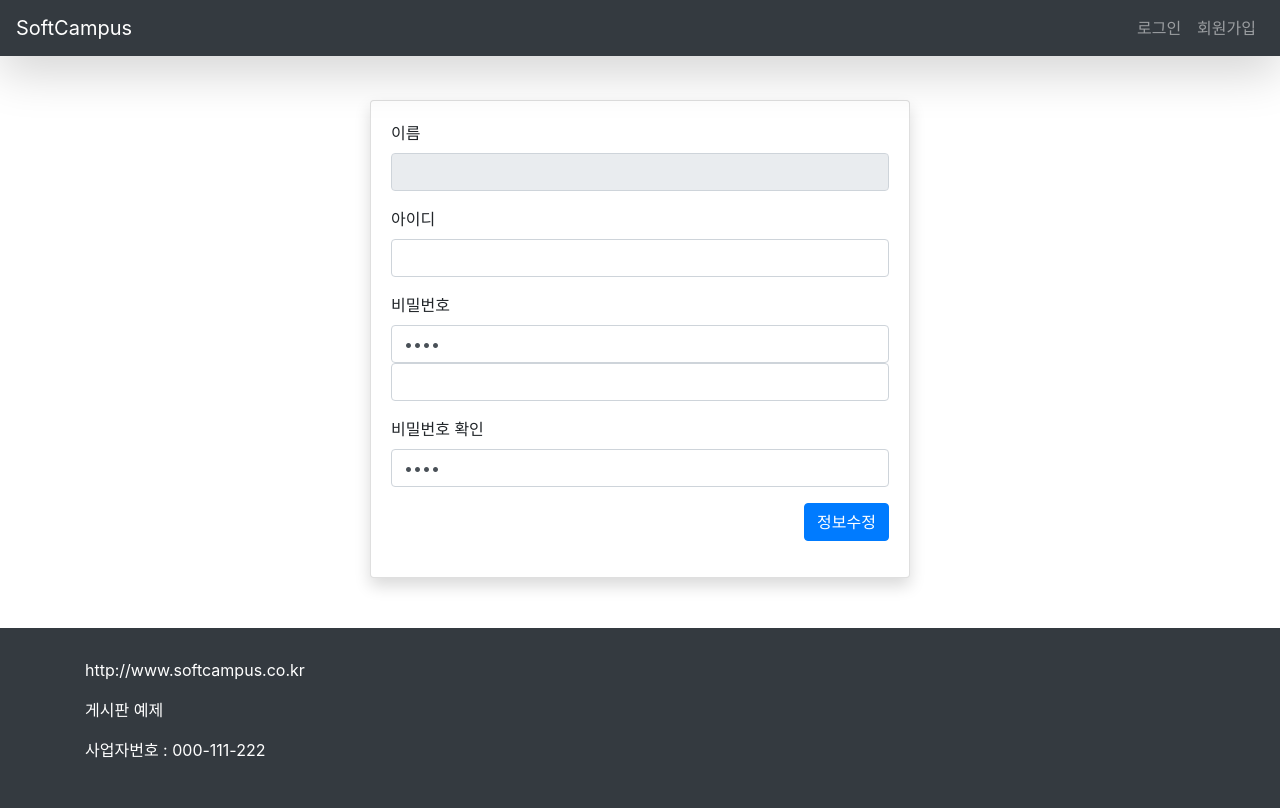
Repository: Wunhyeon/SpringMVC
Page: http://localhost/MiniProjectJava/WEB-INF/views/user/modify.jsp
The author's editor kept a copy of each file at every save. The page is drawn from the files as they stood at one save, then again after the next save.
The browser window is 1280 px wide. The pictures show the whole page.
The page is served by Tomcat 9. Nobody is signed in. Other server files are loaded and not shown. The template is opened directly, without the code that normally fills it, so the values that code supplies are empty.

Above is the page before, as saved 2020-09-06 20:18:10.

### MiniProjectJava/WebContent/WEB-INF/views/user/modify.jsp
<%@ page language="java" contentType="text/html; charset=UTF-8"
    pageEncoding="UTF-8"%>
<%@taglib prefix="c" uri="http://java.sun.com/jsp/jstl/core"%>
<%@taglib prefix="form" uri="http://www.springframework.org/tags/form" %>
<%-- <c:url var="root" value="/"></c:url> --%>
<c:set var="root" value="${pageContext.request.contextPath }/"></c:set>

<!DOCTYPE html>
<html>
<head>
<meta charset="UTF-8">
<meta name="viewport" content="width=device-width, initial-scale=1">
<title>미니 프로젝트</title>
<!-- Bootstrap CDN -->
<link rel="stylesheet" href="https://maxcdn.bootstrapcdn.com/bootstrap/4.1.0/css/bootstrap.min.css">
<script src="https://ajax.googleapis.com/ajax/libs/jquery/3.3.1/jquery.min.js"></script>
<script src="https://cdnjs.cloudflare.com/ajax/libs/popper.js/1.14.0/umd/popper.min.js"></script>
<script src="https://maxcdn.bootstrapcdn.com/bootstrap/4.1.0/js/bootstrap.min.js"></script>

</head>
<body>

<!-- 상단 메뉴 부분 -->
<c:import url="/WEB-INF/views/include/top_menu.jsp"></c:import>

<div class="container" style="margin-top:100px">
	<div class="row">
		<div class="col-sm-3"></div>
		<div class="col-sm-6">
			<div class="card shadow">
				<div class="card-body">
					<form:form action="${root }user/modify_pro" method="post" modelAttribute="modifyUserBean">
						<div class="form-group">
							<form:label path="user_name">이름</form:label>
							<form:input path="user_name" class="form-control" disabled="true"/>
						</div>
						<div class="form-group">
							<form:label path="user_id">아이디</form:label>
							<form:input path="user_id" class="form-control" disable="true"/>
						</div>
						<div class="form-group">
							<form:label path="user_pw">비밀번호</form:label>
							<input type="password" id="user_pw" name="user_pw" class="form-control" value="1234"/>
							<form:password path="user_pw" class="form-control"/>
							<form:errors path="user_pw" style="color:red"></form:errors>
						</div>
						<div class="form-group">
							<label for="user_pw2">비밀번호 확인</label>
							<input type="password" id="user_pw2" name="user_pw2" class="form-control" value="1234"/>
						</div>
						<div class="form-group">
							<div class="text-right">
								<button type="submit" class="btn btn-primary">정보수정</button>
							</div>
						</div>

					</form:form>
				</div>
			</div>
		</div>
		<div class="col-sm-3"></div>
	</div>
</div>

<c:import url="/WEB-INF/views/include/bottom_info.jsp"></c:import>

</body>
</html>

### MiniProjectJava/WebContent/WEB-INF/views/include/top_menu.jsp
<%@ page language="java" contentType="text/html; charset=UTF-8"
	pageEncoding="UTF-8"%>
<%@ taglib prefix="c" uri="http://java.sun.com/jsp/jstl/core"%>
<%-- <c:url var='root' value='/'></c:url> --%>
<c:set var="root" value="${pageContext.request.contextPath }/"></c:set>

<!-- 상단 메뉴 부분 -->
<nav
	class="navbar navbar-expand-md bg-dark navbar-dark fixed-top shadow-lg">
	<a class="navbar-brand" href="${root }main">SoftCampus</a>
	<button class="navbar-toggler" type="button" data-toggle="collapse"
		data-target="#navMenu">
		<span class="navbar-toggler-icon"></span>
	</button>
	<div class="collapse navbar-collapse" id="navMenu">
		<ul class="navbar-nav">
			<c:forEach var="obj" items="${topMenuList }">
				<a href="${root }board/main?board_info_idx=${obj.board_info_idx}"
					class="nav-link">${obj.board_info_name }</a>
			</c:forEach>


		</ul>

		<ul class="navbar-nav ml-auto">
			<c:choose>
				<c:when test="${loginUserBean.userLogin == true }">
					<li class="nav-item"><a href="${root }user/modify"
						class="nav-link">정보수정</a></li>
					<li class="nav-item"><a href="${root }user/logout"
						class="nav-link">로그아웃</a></li>
				</c:when>
				<c:otherwise>
					<li class="nav-item"><a href="${root }user/login"
						class="nav-link">로그인</a></li>
					<li class="nav-item"><a href="${root }user/join"
						class="nav-link">회원가입</a></li>
				</c:otherwise>
			</c:choose>


		</ul>
	</div>
</nav>

### MiniProjectJava/WebContent/WEB-INF/views/include/bottom_info.jsp
<%@ page language="java" contentType="text/html; charset=UTF-8"
    pageEncoding="UTF-8"%>
<div class="container-fluid bg-dark text-white" style="margin-top:50px;padding-top:30px;padding-bottom:30px">
	<div class="container">
		<p>http://www.softcampus.co.kr</p>
		<p>게시판 예제</p>
		<p>사업자번호 : 000-111-222</p>
	</div>
</div>

After the next save:
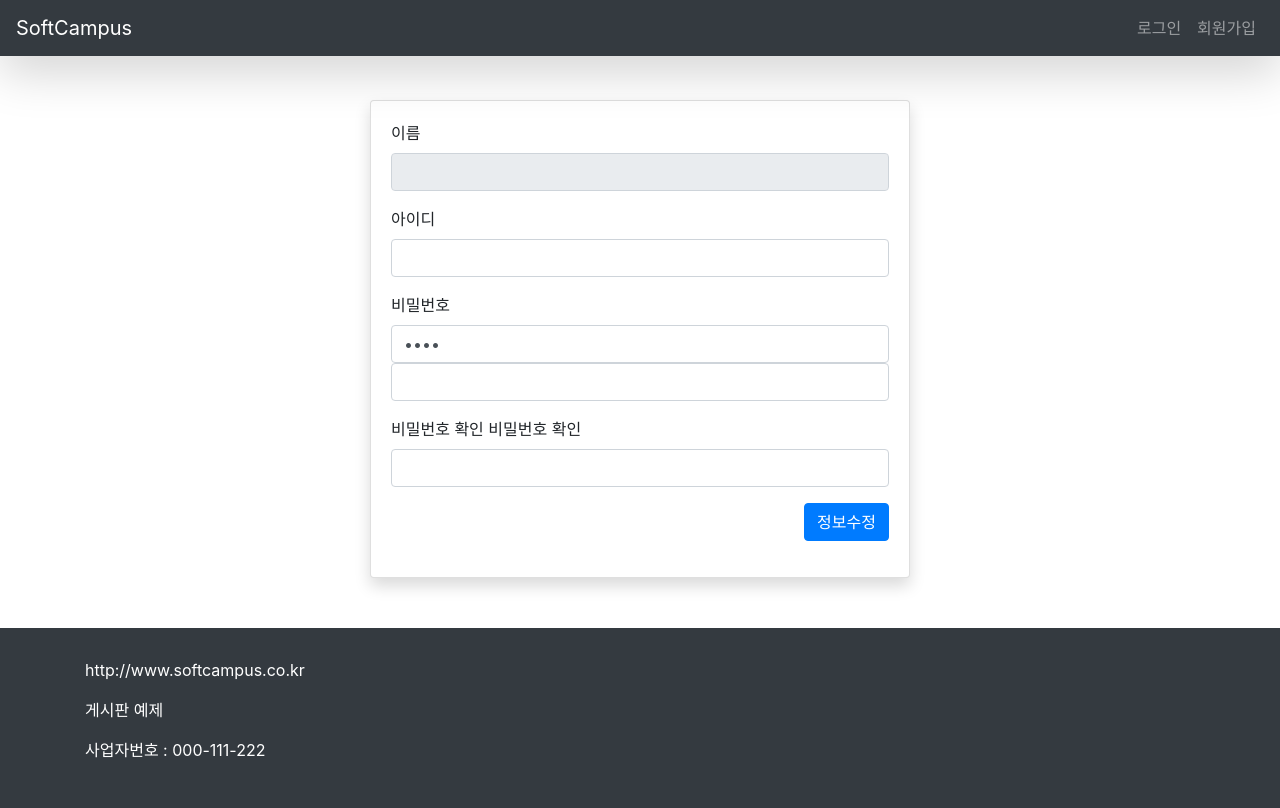
Saved 45 s later.
--- a/MiniProjectJava/WebContent/WEB-INF/views/user/modify.jsp
+++ b/MiniProjectJava/WebContent/WEB-INF/views/user/modify.jsp
@@ -46,7 +46,8 @@
 						</div>
 						<div class="form-group">
 							<label for="user_pw2">비밀번호 확인</label>
-							<input type="password" id="user_pw2" name="user_pw2" class="form-control" value="1234"/>
+							<form:label path="user_pw2">비밀번호 확인</form:label>
+							<form:password path="user_pw" class="form-control"/>
 						</div>
 						<div class="form-group">
 							<div class="text-right">
